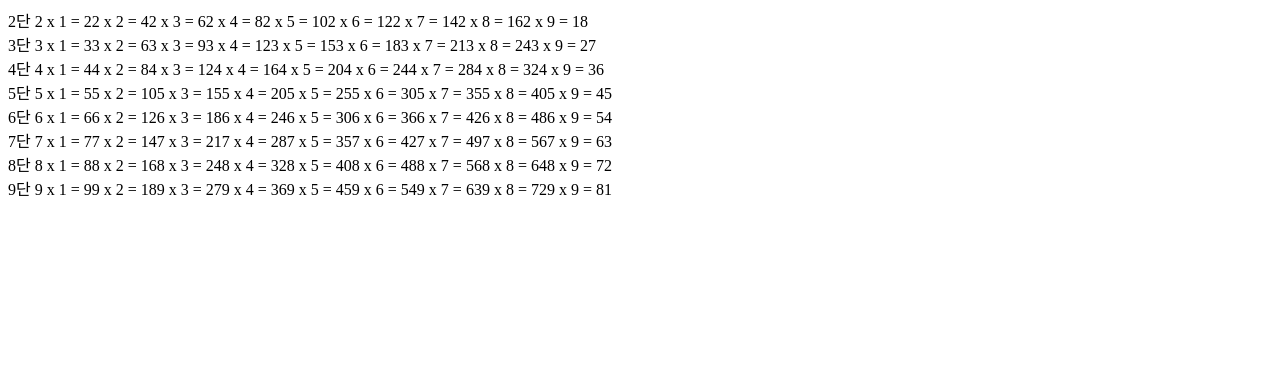
Repository: carnelli95/workspace_JSP
Page: http://localhost/MustHaveJSP/JSPMission/Gugudan4.jsp
The author's editor kept a copy of each file at every save. The page is drawn from the files as they stood at one save, then again after the next save.
The browser window is 1280 px wide. The pictures show the whole page.
The page is served by Tomcat 9. Other server files are loaded and not shown.

Above is the page before, as saved 2025-09-26 08:47:06.

### MustHaveJSP/src/main/webapp/JSPMission/Gugudan4.jsp
<%@ page language="java" contentType="text/html; charset=UTF-8"
    pageEncoding="UTF-8"%>
<!DOCTYPE html>
<html>
<head>
<meta charset="UTF-8">
<title>Insert title here</title>
</head>
<body>
	<%
	for(int i = 2; i <= 9; i++) {
		out.println(i + "단");
		for(int j = 1; j <= 9; j++) {
			out.print(i + " x " + j  + " = " + i * j);
		}
		out.print("<br>");
	}
	%>
</body>
</html>

After the next save:
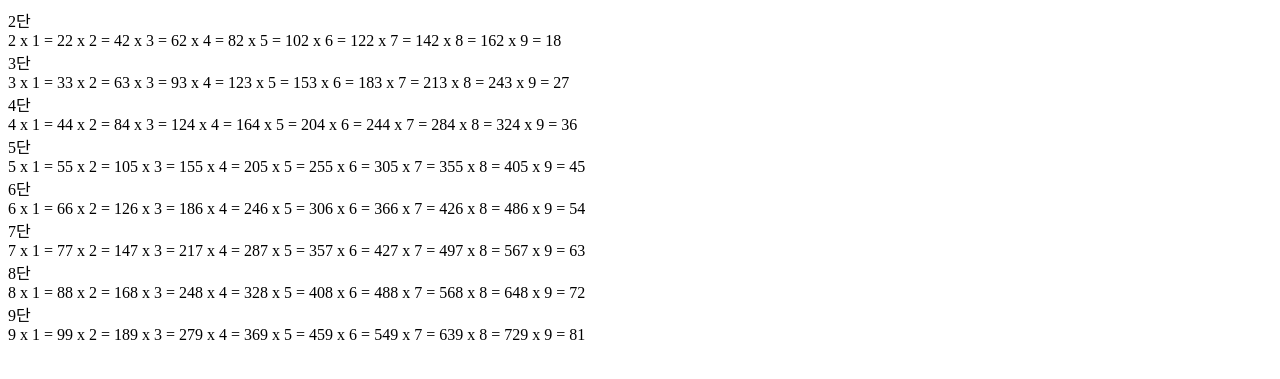
Saved 20 s later.
--- a/MustHaveJSP/src/main/webapp/JSPMission/Gugudan4.jsp
+++ b/MustHaveJSP/src/main/webapp/JSPMission/Gugudan4.jsp
@@ -9,7 +9,7 @@
 <body>
 	<%
 	for(int i = 2; i <= 9; i++) {
-		out.println(i + "단");
+		out.println(i + "단<br>");
 		for(int j = 1; j <= 9; j++) {
 			out.print(i + " x " + j  + " = " + i * j);
 		}
